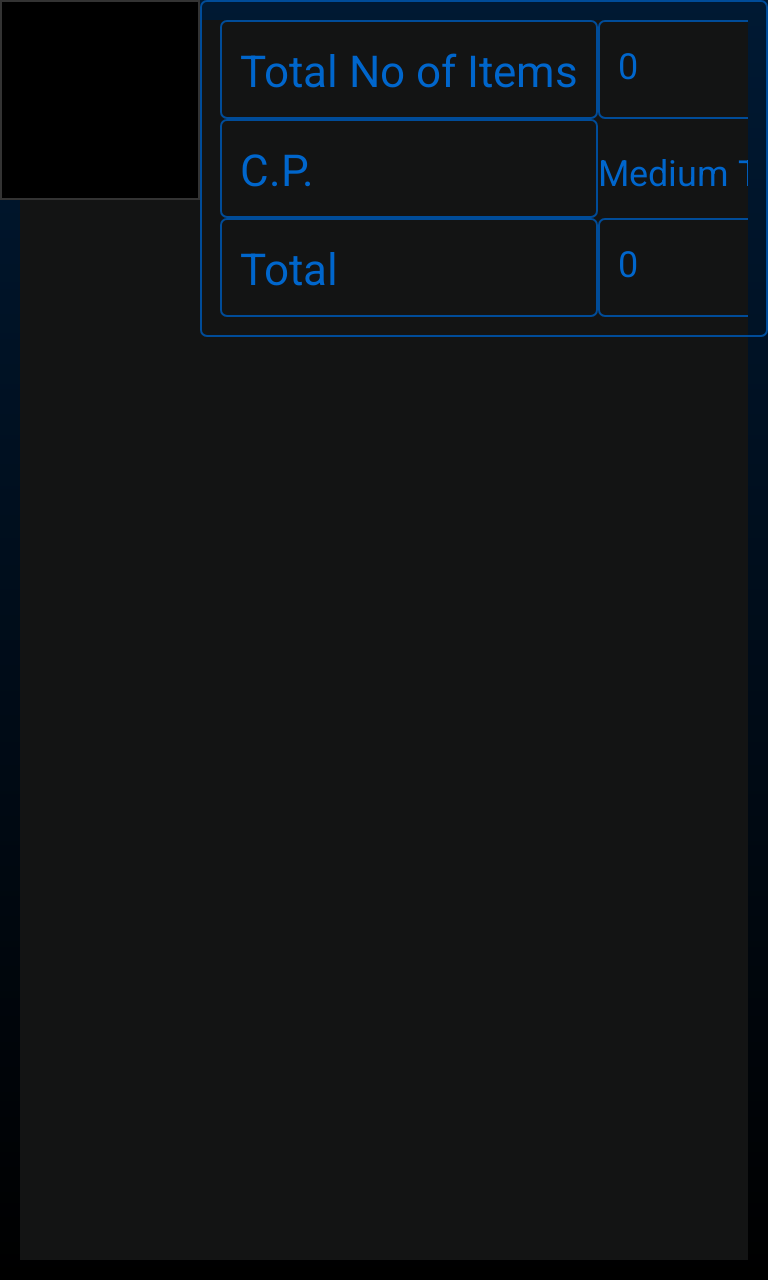
Repository: jasleen1291/B2BMobileApplication
Layout: Mobile E Commerce/B2B/res/layout/order_item.xml
These files come from the project's save history. The layout is drawn as it stood at one moment and after the next save; the edit follows.
It is drawn on a 768 x 1280 px phone screen (xhdpi) without system bars, with theme mycustomtheme; the app's code is not run.

Above is the layout before, as saved 2013-05-25 14:35:52.

### Mobile E Commerce/B2B/res/layout/order_item.xml
<?xml version="1.0" encoding="utf-8"?>
<LinearLayout xmlns:android="http://schemas.android.com/apk/res/android"
    android:layout_width="match_parent"
    android:layout_height="match_parent"
    android:orientation="horizontal" >

    <ImageView
        android:id="@+id/imageView1"
        android:layout_width="100dp"
        android:layout_height="100dp"
        android:contentDescription="@string/action_forgot_password"
        android:src="@drawable/cell_shape" />

    <TableLayout
        android:layout_width="match_parent"
        android:layout_height="wrap_content"
        android:background="@drawable/textview_border"
        android:stretchColumns="*" >

        <TableRow
            android:id="@+id/tableRow6"
            android:layout_width="wrap_content"
            android:layout_height="wrap_content" >

            <TextView
                android:id="@+id/textView3"
                android:layout_width="wrap_content"
                android:layout_height="wrap_content"
                android:background="@drawable/textview_border"
                android:text="@string/totalitems"
                android:textAppearance="?android:attr/textAppearanceLarge" />

            <TextView
                android:id="@+id/totalitems"
                android:layout_width="wrap_content"
                android:layout_height="match_parent"
                android:background="@drawable/textview_border"
                android:text="@string/zero"
                android:textAppearance="?android:attr/textAppearanceMedium" />
        </TableRow>

        <TableRow
            android:id="@+id/tableRow1"
            android:layout_width="wrap_content"
            android:layout_height="wrap_content" >

            <TextView
                android:id="@+id/textView2"
                android:layout_width="wrap_content"
                android:layout_height="wrap_content"
                android:background="@drawable/textview_border"
                android:text="@string/cp"
                android:textAppearance="?android:attr/textAppearanceLarge" />

            <TextView
                android:id="@+id/textView4"
                android:layout_width="wrap_content"
                android:layout_height="wrap_content"
                android:text="Medium Text"
                android:textAppearance="?android:attr/textAppearanceMedium" />

        </TableRow>

        <TableRow
            android:layout_width="wrap_content"
            android:layout_height="wrap_content" >

            <TextView
                android:id="@+id/textView1"
                android:layout_width="wrap_content"
                android:layout_height="wrap_content"
                android:background="@drawable/textview_border"
                android:text="@string/total"
                android:textAppearance="?android:attr/textAppearanceLarge" />

            <TextView
                android:id="@+id/total"
                android:layout_width="match_parent"
                android:layout_height="match_parent"
                android:background="@drawable/textview_border"
                android:text="@string/zero"
                android:textAppearance="?android:attr/textAppearanceMedium" />
        </TableRow>
    </TableLayout>

</LinearLayout>

### Mobile E Commerce/B2B/res/values/mycustomtheme.xml
<?xml version="1.0" encoding="utf-8"?>
<resources xmlns:android="http://schemas.android.com/apk/res/android">
    <style name="mycustomtheme" parent="@android:style/Theme.NoTitleBar.Fullscreen">
        <item name="android:windowBackground">@drawable/mybg</item>
       	<item name="android:textColor">#0066cc</item>
       	<item name="android:textColorHint">#51BFE2</item>
    </style>

</resources>

### Mobile E Commerce/B2B/res/drawable/mybg.xml
<?xml version="1.0" encoding="utf-8"?>
<layer-list  xmlns:android="http://schemas.android.com/apk/res/android">
    <item>
<shape android:shape="rectangle">



        <gradient android:startColor="#001933"  android:endColor="#000" android:angle="270"/>


</shape>
</item>
<item android:left="10dp" android:top="10dp" android:right="10dp" android:bottom="10dp">

<shape android:shape="rectangle">



        <solid android:color="#131414"></solid>


</shape>
</item>
</layer-list>

### Mobile E Commerce/B2B/res/values/strings_activity_login.xml
<resources>

    <string name="title_activity_login">Sign in</string>

    <!-- Strings related to login -->
    <string name="prompt_email">Username</string>
    <string name="prompt_password">Password</string>
    <string name="action_sign_in_register"><b>Sign in</b> or register</string>
    <string name="action_sign_in_short">Sign in</string>
    <string name="action_forgot_password">Recover lost password</string>
    <string name="login_progress_signing_in">Signing in&#8230;</string>
    <string name="error_invalid_email">This email address is invalid</string>
    <string name="error_invalid_password">This password is too short</string>
    <string name="error_incorrect_password">This password is incorrect</string>
    <string name="error_field_required">This field is required</string>
    <string name="login">Login</string>

</resources>

### Mobile E Commerce/B2B/res/drawable/cell_shape.xml
<?xml version="1.0" encoding="utf-8"?>
<shape
  xmlns:android="http://schemas.android.com/apk/res/android"
    android:shape= "rectangle"  >
        <solid android:color="#000"/>
        <stroke android:width="1dp"  android:color="#333"/>
</shape>

### Mobile E Commerce/B2B/res/drawable/textview_border.xml
<?xml version="1.0" encoding="utf-8"?>
<shape xmlns:android="http://schemas.android.com/apk/res/android" android:shape="rectangle">
    <corners android:radius="3dp"></corners>
	<stroke android:width="1dp" android:color="#004C99"/>
	<padding android:left="10dp" android:top="10dp" android:right="10dp" android:bottom="10dp"/>
</shape>

### Mobile E Commerce/B2B/res/values/strings.xml
<?xml version="1.0" encoding="utf-8"?>
<resources>

    <string name="app_name">B2B</string>
    <string name="action_settings">Settings</string>
    <string name="hello_world">Hello world!</string>
    <string name="Loading">Loading&#8230;&#8230;&#8230;</string>
    <string name="title_activity_sign_up">Sign Up</string>

    <string-array name="signUpAsArray">
        <item>Customer</item>
        <item>Retailer</item>
        <item>Supplier</item>
    </string-array>

    <string name="title_activity_registeration">RegisterationActivity</string>
    <string name="title_activity_customer_area">CustomerArea</string>
    <string name="welcome">Welcome</string>
    <string name="title_activity_admin_area">Admin_area</string>
    <string name="general_complaint_fragment">General Complaint</string>
    <string name="hello_blank_fragment">Hello blank fragment</string>
    <string name="general_complaint">General Complaint</string>
    <string name="respond">Respond</string>
    <string name="submit">Submit</string>
    <string name="addcategory">Parent Category</string>
    <string name="categoryhint">Category</string>
    <string name="AddParentCategory">Add super category</string>
    <string name="complaintAbout">Complaint About</string>
    <string name="complainFrom">Complaint From</string>
    <string name="itemComplaint">Complaints about Items</string>
    <string name="shopComplaint">Complaint about shop</string>
    <string name="generalNotification">General Notification</string>
    <string name="urgentNotification">Urgent Notification</string>
    <string name="title">Title</string>
    <string name="message">Message</string>
    <string name="markAll">Mark all</string>
    <string name="advertisementPricing">Advertisement Pricing</string>
    <string name="desc">Description</string>
    <string name="days">No of days</string>
    <string name="cost">Cost</string>
    <string name="size">Size of advertisement</string>
    <string name="type">Type</string>
    <string name="fine">Fine</string>
    <string name="pickCategory">Pick a Category</string>

    <string-array name="typeArray">
        <item>Retailer</item>
        <item>Supplier</item>
    </string-array>

    <string name="update">Update</string>
    <string name="delete">Delete</string>
    <string name="view_advertisement">View Advertisements</string>
    <string name="noofcategories">No of Categories</string>
    <string name="shoppricing">Shop Pricing</string>
    <string name="view_fine_pricing">View Fine Pricing</string>
    <string name="shop_pricing">Shop Pricing</string>
    <string name="subCategory">Add Sub Category</string>
    <string name="addshop">Add Shop</string>
    <string name="title_activity_pay_fine">Pay Fine</string>
    <string name="finetitle">Your account has been suspended by the admin. Pay fine to continue using this applciation.</string>
    <string name="fineabc">Your payment has been received. Your account will now be restored. Please wait few minutes</string>
    <string name="title_activity_retailer_area">Retailer_area</string>
    <string name="title_activity_first_time_login">FirstTimeLogin</string>
    <string name="EditMyCategories">Edit My Categories</string>
    <string name="addnewitem">Add New Item</string>
    <string name="itemname">Item Name</string>
    <string name="longdescription">Long Description</string>
    <string name="qtyperunit">Qty Per unit</string>
    <string name="unit_of_measurement">Unit of Measurement</string>
    <string name="shopName">Shop Name</string>
    <string name="description">Description</string>
    <string name="categoriesAllowed">No of categories allowed</string>
    <string name="itemsSelling">No of Items Selling</string>
    <string name="itemsAvailable">No of Items not Selling</string>
    <string name="expirydate">Expiry Date</string>
    <string name="paymentEmail">Payment Email</string>
    <string name="selectcategory">Select a Category</string>
    <string name="clicktochange">Click On Image To Change It</string>
    <string name="cp">C.P.</string>
    <string name="sp">S.P.</string>
    <string name="minorder">Min order</string>
    <string name="discount">Discount</string>
    <string name="qtyonorder">Qty. On Order</string>
    <string name="qtyonhand">Qty. On Hand</string>
    <string name="qty">Qty.</string>
    <string name="viewdetails">View Details</string>
    <string name="note">Long Click on Image to view expanded image</string>
    <string name="chngImg">Change Image</string>
    <string name="addWarehouse">Add Warehouse</string>
    <string name="name">Name</string>
    <string name="cancel">Cancel</string>
    <string name="itemavailabilty">Item Availabilty</string>
    <string name="batchDiscounts">Batch Discounts</string>
    <string name="clicktoupdate">Click to Update</string>
    <string name="add">Add</string>
    <string name="place_order">Place Order</string>
    <string name="Method">Method</string>
    <string name="warehouse">Warehouse</string>
    <string-array name="ordervia">
        <item >Email</item>
        <item >SMS</item>
        <item >Phone</item>
    </string-array>
        <string name="total">Total</string>
        <string name="zero">0</string>
        <string name="totalitems">Total No of Items</string>

</resources>

After the next save:
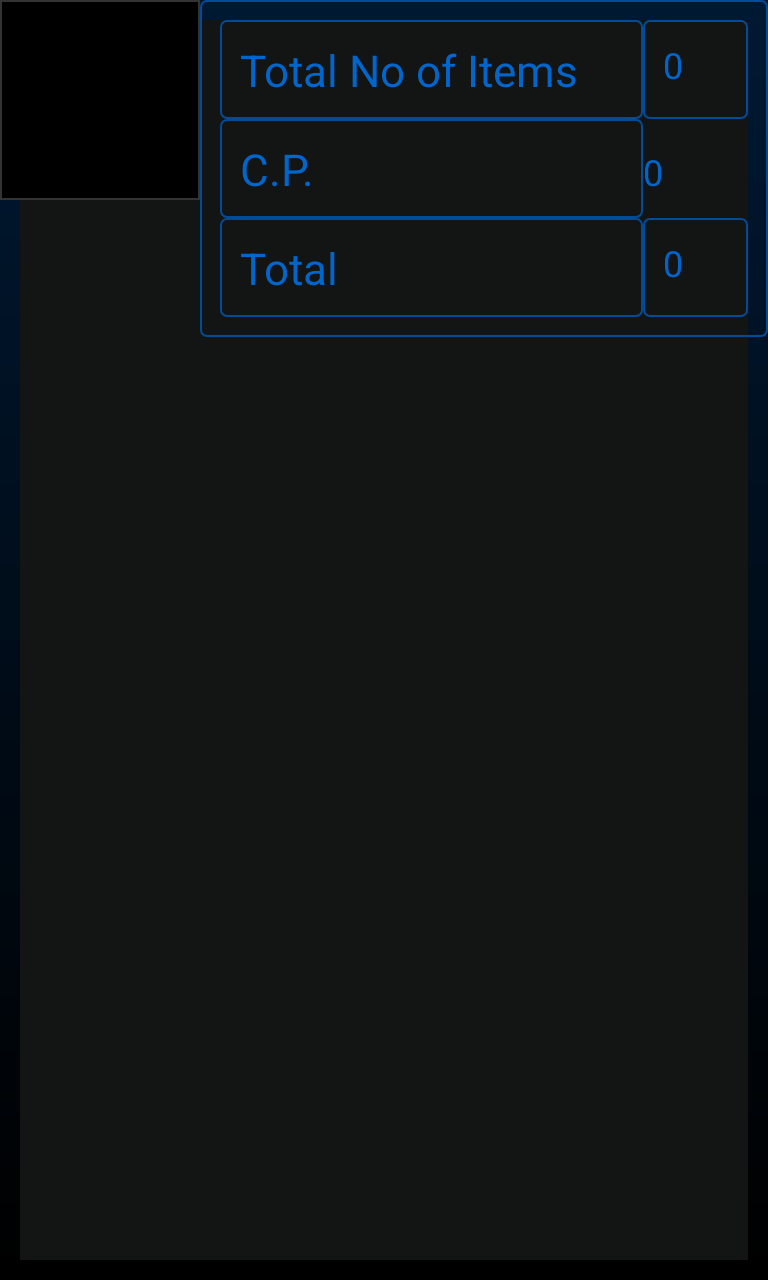
Saved 19 s later.
--- a/Mobile E Commerce/B2B/res/layout/order_item.xml
+++ b/Mobile E Commerce/B2B/res/layout/order_item.xml
@@ -56,7 +56,7 @@
                 android:id="@+id/textView4"
                 android:layout_width="wrap_content"
                 android:layout_height="wrap_content"
-                android:text="Medium Text"
+                android:text="@string/zero"
                 android:textAppearance="?android:attr/textAppearanceMedium" />
 
         </TableRow>
